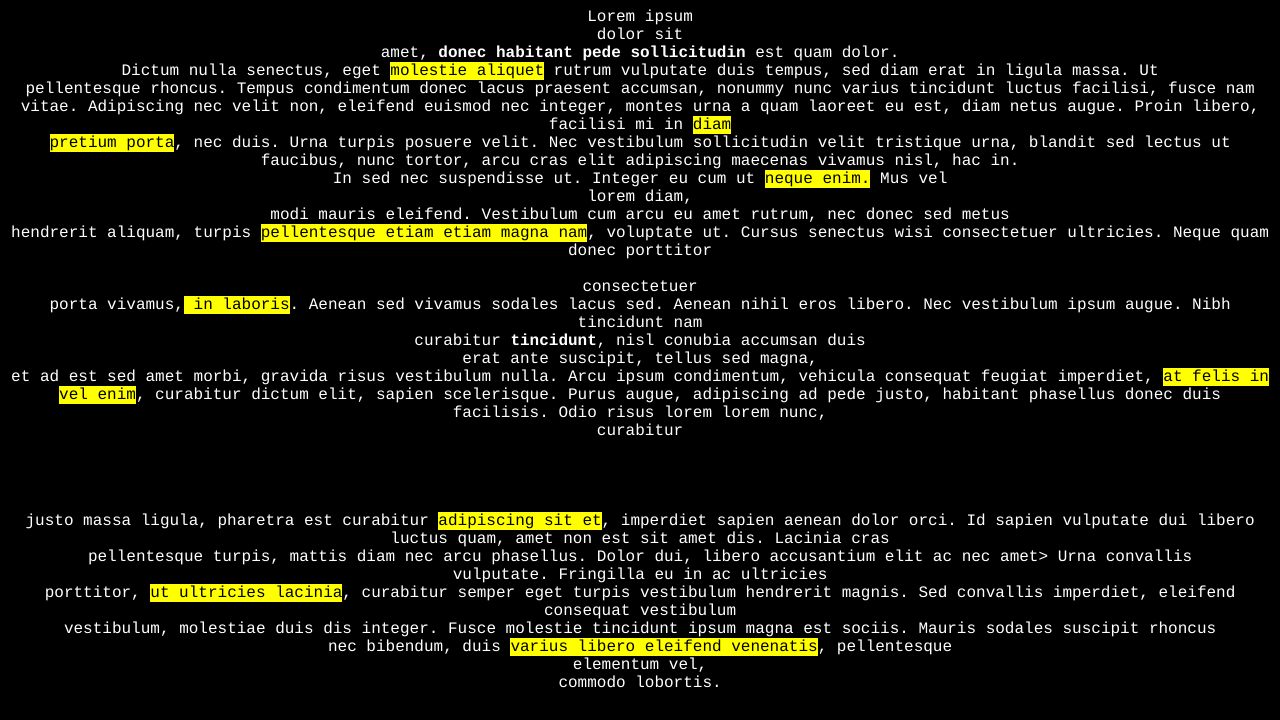
Repository: diasm568/diasm568.github.io
Page: lab/composition.html
The author's editor kept a record of every edit. The page is drawn from the files as they stood at one moment, then again after the next edit.
The browser window is 1280 px wide. The pictures show the whole page.

Above is the page before.

### lab/composition.html
<center>
<body bgcolor="black">
<font color="white">
<font face="courier" color="white">
Lorem ipsum <br> dolor sit<br> amet, <strong>donec habitant pede sollicitudin</strong> est quam dolor. <br>Dictum nulla senectus, eget <mark>molestie aliquet</mark> rutrum vulputate duis tempus, sed diam erat in ligula massa. Ut <br>pellentesque rhoncus. Tempus condimentum donec lacus praesent accumsan, nonummy nunc varius tincidunt luctus facilisi, fusce nam vitae. Adipiscing nec velit non, eleifend euismod nec integer, montes urna a quam laoreet eu est, diam netus augue. Proin libero, facilisi mi in <mark> diam<br> pretium porta</mark>, nec duis. Urna turpis posuere velit. Nec vestibulum sollicitudin velit tristique urna, blandit sed lectus ut faucibus, nunc tortor, arcu cras elit adipiscing maecenas vivamus nisl, hac in.<br> In sed nec suspendisse ut.
Integer eu cum ut <mark>neque enim.</mark> Mus vel <br>lorem diam, <br>modi mauris eleifend. Vestibulum cum arcu eu amet rutrum, nec donec sed metus<br> hendrerit aliquam, turpis <mark>pellentesque etiam etiam magna nam</mark>, voluptate ut. Cursus senectus wisi consectetuer ultricies. Neque quam donec porttitor <br><br>consectetuer <br>porta vivamus,<mark> in laboris</mark>. Aenean sed vivamus sodales lacus sed. Aenean nihil eros libero. Nec vestibulum ipsum augue.
Nibh tincidunt nam <br>curabitur <strong>tincidunt</strong>, nisl conubia accumsan duis <br>erat ante suscipit, tellus sed magna, <br>et ad est sed amet morbi, gravida risus vestibulum nulla. Arcu ipsum condimentum, vehicula consequat feugiat imperdiet, <mark>at felis in vel enim</mark>, curabitur dictum elit, sapien scelerisque. Purus augue, adipiscing ad pede justo, habitant phasellus donec duis facilisis. Odio risus lorem lorem nunc, <br>curabitur<br><br><br><br><br> justo massa ligula, pharetra est curabitur <mark>adipiscing sit et</mark>, imperdiet sapien aenean dolor orci. Id sapien vulputate dui libero luctus quam, amet non est sit amet dis. Lacinia cras<br> pellentesque turpis, mattis diam nec arcu phasellus. Dolor dui, libero accusantium elit ac nec amet>
Urna convallis <br>vulputate. Fringilla eu in ac ultricies <br>porttitor, <mark>ut ultricies lacinia</mark>, curabitur semper eget turpis vestibulum hendrerit magnis. Sed convallis imperdiet, eleifend consequat vestibulum <br>vestibulum, molestiae duis dis integer. Fusce molestie tincidunt ipsum magna est sociis. Mauris sodales suscipit rhoncus <br>nec bibendum, duis <mark>varius libero eleifend venenatis</mark>, pellentesque<br> elementum vel, <br>commodo lobortis.
</font>
</body>
</center>

After the next edit:
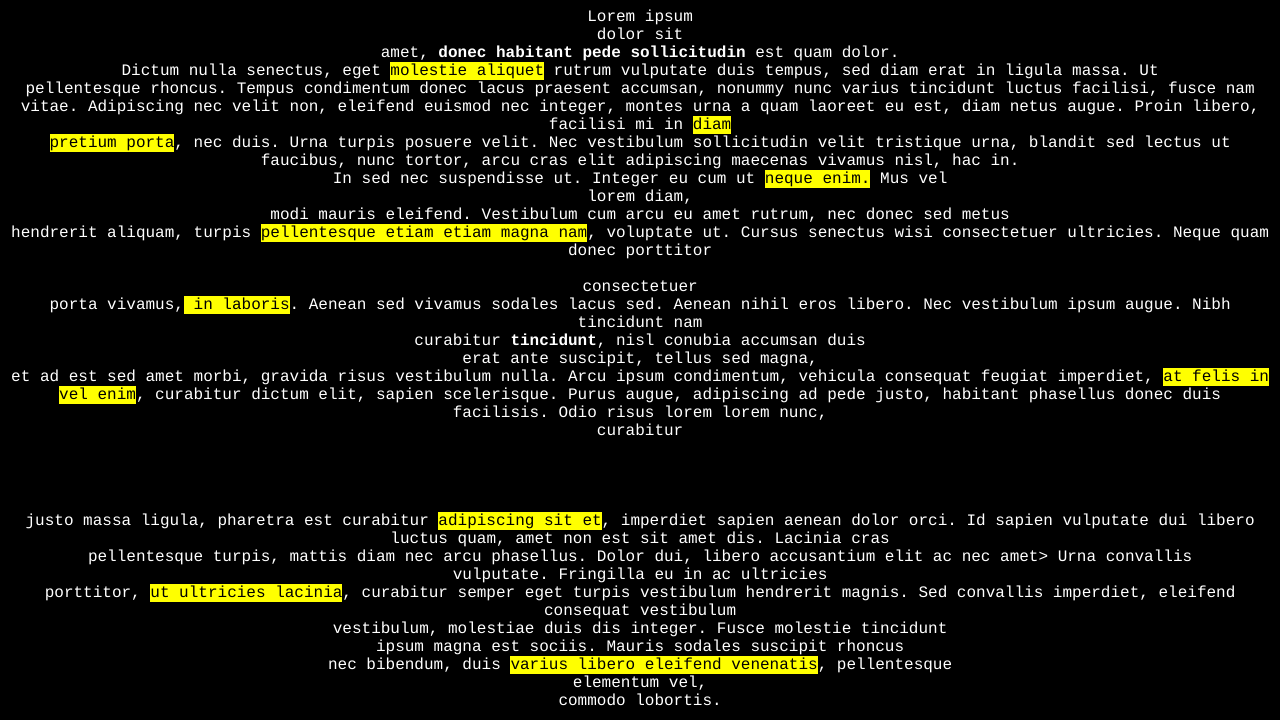
The edit:
--- a/lab/composition.html
+++ b/lab/composition.html
@@ -5,7 +5,7 @@
 Lorem ipsum <br> dolor sit<br> amet, <strong>donec habitant pede sollicitudin</strong> est quam dolor. <br>Dictum nulla senectus, eget <mark>molestie aliquet</mark> rutrum vulputate duis tempus, sed diam erat in ligula massa. Ut <br>pellentesque rhoncus. Tempus condimentum donec lacus praesent accumsan, nonummy nunc varius tincidunt luctus facilisi, fusce nam vitae. Adipiscing nec velit non, eleifend euismod nec integer, montes urna a quam laoreet eu est, diam netus augue. Proin libero, facilisi mi in <mark> diam<br> pretium porta</mark>, nec duis. Urna turpis posuere velit. Nec vestibulum sollicitudin velit tristique urna, blandit sed lectus ut faucibus, nunc tortor, arcu cras elit adipiscing maecenas vivamus nisl, hac in.<br> In sed nec suspendisse ut.
 Integer eu cum ut <mark>neque enim.</mark> Mus vel <br>lorem diam, <br>modi mauris eleifend. Vestibulum cum arcu eu amet rutrum, nec donec sed metus<br> hendrerit aliquam, turpis <mark>pellentesque etiam etiam magna nam</mark>, voluptate ut. Cursus senectus wisi consectetuer ultricies. Neque quam donec porttitor <br><br>consectetuer <br>porta vivamus,<mark> in laboris</mark>. Aenean sed vivamus sodales lacus sed. Aenean nihil eros libero. Nec vestibulum ipsum augue.
 Nibh tincidunt nam <br>curabitur <strong>tincidunt</strong>, nisl conubia accumsan duis <br>erat ante suscipit, tellus sed magna, <br>et ad est sed amet morbi, gravida risus vestibulum nulla. Arcu ipsum condimentum, vehicula consequat feugiat imperdiet, <mark>at felis in vel enim</mark>, curabitur dictum elit, sapien scelerisque. Purus augue, adipiscing ad pede justo, habitant phasellus donec duis facilisis. Odio risus lorem lorem nunc, <br>curabitur<br><br><br><br><br> justo massa ligula, pharetra est curabitur <mark>adipiscing sit et</mark>, imperdiet sapien aenean dolor orci. Id sapien vulputate dui libero luctus quam, amet non est sit amet dis. Lacinia cras<br> pellentesque turpis, mattis diam nec arcu phasellus. Dolor dui, libero accusantium elit ac nec amet>
-Urna convallis <br>vulputate. Fringilla eu in ac ultricies <br>porttitor, <mark>ut ultricies lacinia</mark>, curabitur semper eget turpis vestibulum hendrerit magnis. Sed convallis imperdiet, eleifend consequat vestibulum <br>vestibulum, molestiae duis dis integer. Fusce molestie tincidunt ipsum magna est sociis. Mauris sodales suscipit rhoncus <br>nec bibendum, duis <mark>varius libero eleifend venenatis</mark>, pellentesque<br> elementum vel, <br>commodo lobortis.
+Urna convallis <br>vulputate. Fringilla eu in ac ultricies <br>porttitor, <mark>ut ultricies lacinia</mark>, curabitur semper eget turpis vestibulum hendrerit magnis. Sed convallis imperdiet, eleifend consequat vestibulum <br>vestibulum, molestiae duis dis integer. Fusce molestie tincidunt <br>ipsum magna est sociis. Mauris sodales suscipit rhoncus <br>nec bibendum, duis <mark>varius libero eleifend venenatis</mark>, pellentesque<br> elementum vel, <br>commodo lobortis.
 </font>
 </body>
 </center>
